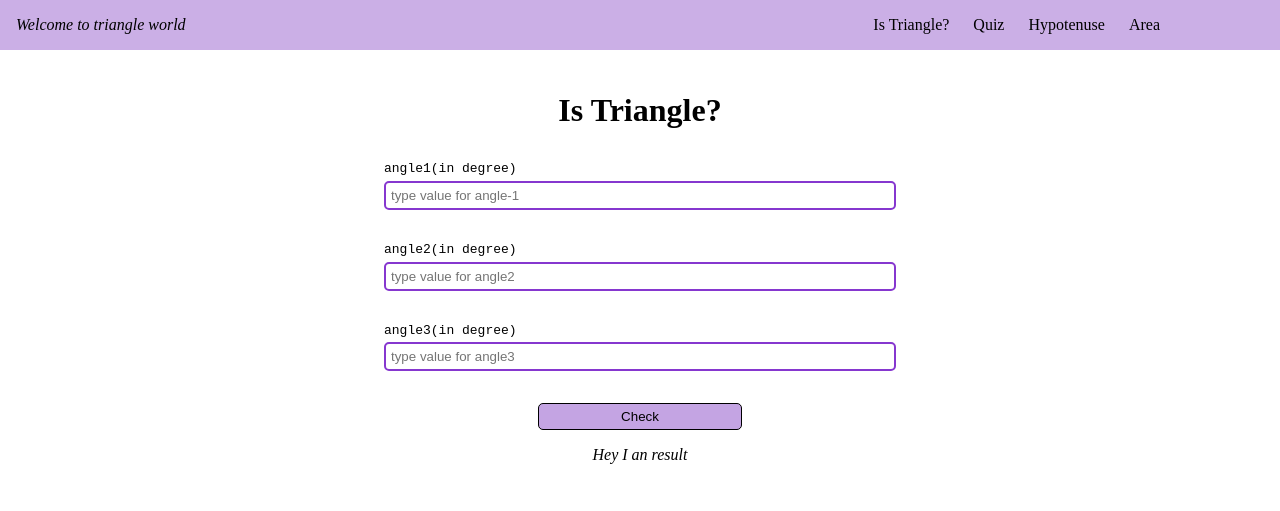
Repository: patelamancode/Fun-with-trianles
Page: index.html
These files come from the project's save history. The page is drawn as it stood at one moment and after the next save; the edit follows.
The browser window is 1280 px wide. The pictures show the whole page.

Above is the page before, as saved 2022-11-28 16:08:03.

After the next save:
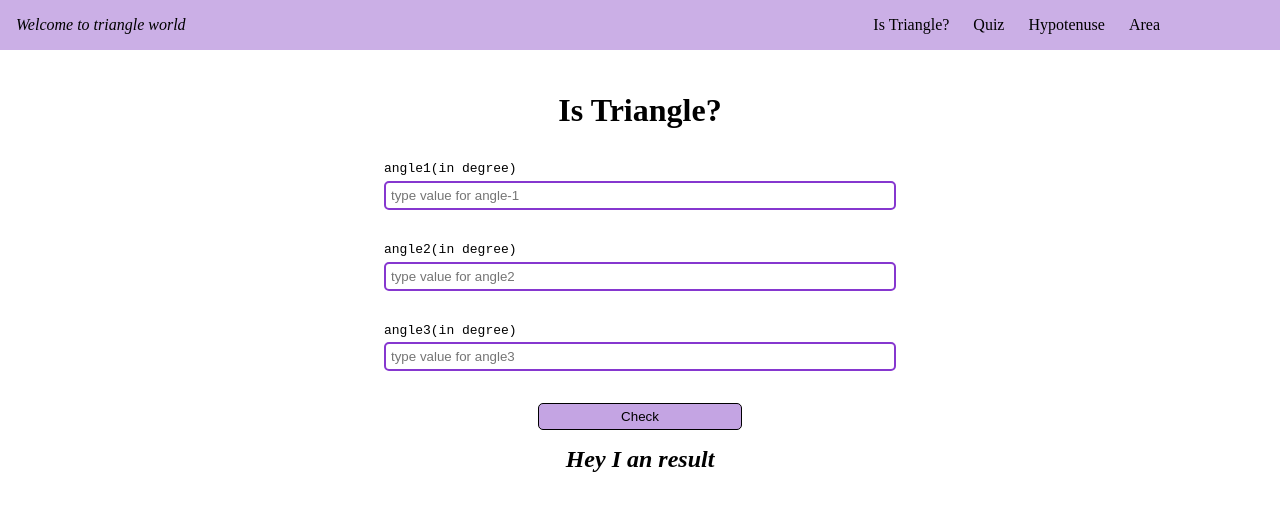
Saved 115 s later.
--- a/index.html
+++ b/index.html
@@ -28,7 +28,7 @@
         <label for="angle3">angle3(in degree)</label>
         <input type="text" id="angle3-input" placeholder="type value for angle3">
         <button id="check-btn">Check</button>
-        <p id="result-display">Hey I an result</p>
+        <h2 id="result-display">Hey I an result</h2>
     </div>
 </body>
 
